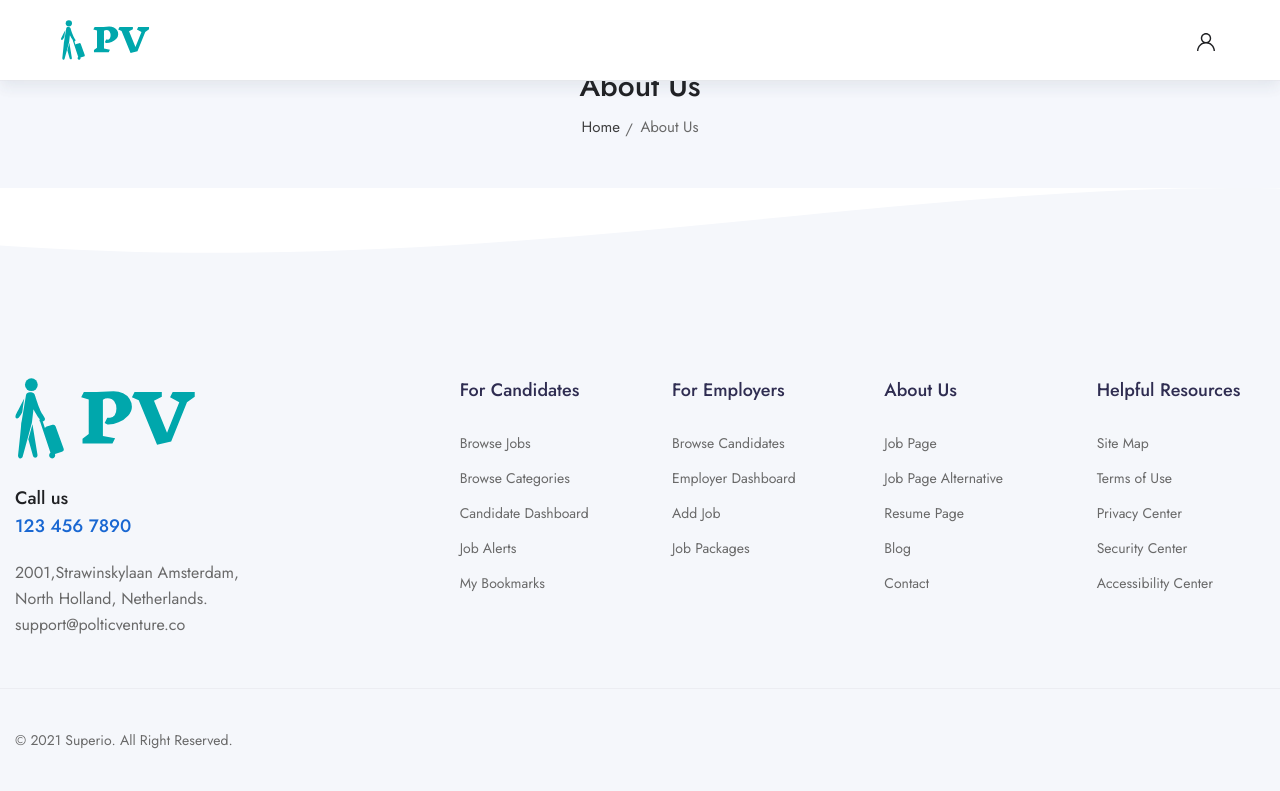
Repository: greatchriz/job
Page: http://localhost/about-us
The author's editor kept a copy of each file at every save. The page is drawn from the files as they stood at one save, then again after the next save.
The browser window is 1280 px wide. The pictures show the whole page.
The page is served by the project's Laravel application, run on PHP 8.4 with Laravel 10. Other server files are loaded and not shown.

Above is the page before, as saved 2023-12-13 12:03:19.

### app/Providers/AppServiceProvider.php
<?php

namespace App\Providers;

use Illuminate\Support\ServiceProvider;
use Illuminate\Support\Facades\Schema;


class AppServiceProvider extends ServiceProvider
{
    /**
     * Register any application services.
     */
    public function register(): void
    {
        //
    }

    /**
     * Bootstrap any application services.
     */
    public function boot(): void
    {
        // Schema::defaultStringLength(191);
    }
}

### routes/web.php
<?php

use Illuminate\Support\Facades\Route;
use Illuminate\Support\Str;


/*
|--------------------------------------------------------------------------
| Web Routes
|--------------------------------------------------------------------------
|
| Here is where you can register web routes for your application. These
| routes are loaded by the RouteServiceProvider and all of them will
| be assigned to the "web" middleware group. Make something great!
|
*/

// Home
// About Us
// Services
// Terms & Conditions
// Privacy Policy
// Blog
// Contact Us
//

Route::get('/', [\App\Http\Controllers\MainPageController::class, 'home'])->name('home');

Route::get('/about-us', [\App\Http\Controllers\MainPageController::class, 'aboutUs'])->name('about-us');

Route::get('/services', [\App\Http\Controllers\MainPageController::class, 'services'])->name('services');

Route::get('/terms', [\App\Http\Controllers\MainPageController::class, 'terms'])->name('terms');

Route::get('/privacy-policy', [\App\Http\Controllers\MainPageController::class, 'privacyPolicy'])->name('privacy-policy');

Route::get('/blog', [\App\Http\Controllers\MainPageController::class, 'blog'])->name('blog');

Route::get('/contact-us', [\App\Http\Controllers\MainPageController::class, 'contactUs'])->name('contact-us');

Route::middleware([
    'auth:sanctum',
    config('jetstream.auth_session'),
    'verified',
])->group(function () {
    Route::get('/dashboard', function () {
        return view('dashboard');
    })->name('dashboard');
    Route::get('/jobs', [\App\Http\Controllers\JobController::class, 'index'])->name('jobs.index');
    Route::get('/jobs/{job}', [\App\Http\Controllers\JobController::class, 'show'])->name('jobs.show');

    Route::post('/job-applications', [\App\Http\Controllers\JobApplicationController::class, 'store'])->name('job-applications.store');

    Route::get('/admin/job-applications', [\App\Http\Controllers\AdminController::class, 'jobApplications'])->name('admin.job-applications');

    //form-inputs route
    Route::get('/admin/form-inputs', [\App\Http\Controllers\AdminController::class, 'formInputs'])->name('admin.form-inputs');

    //form-input edit route
    Route::get('/admin/form-inputs/{formInput}/edit', [\App\Http\Controllers\AdminController::class, 'formInputsEdit'])->name('admin.form-inputs.edit');

    Route::put('/admin/form-inputs/{formInput}/update', [\App\Http\Controllers\AdminController::class, 'formInputsUpdate'])->name('admin.form-inputs.update');

    Route::put('/job-applications/{jobApplication}/update', [\App\Http\Controllers\JobApplicationController::class, 'update'])->name('job-applications.update');

    //visa-apply route
    Route::get('/visa-apply', [\App\Http\Controllers\VisaController::class, 'create'])->name('visa-apply.create');

    Route::post('/visa-apply', [\App\Http\Controllers\VisaController::class, 'store'])->name('visas.store');
});

//get route for file contents










// Route::get('/jobs/create', [\App\Http\Controllers\JobController::class, 'create'])->name('jobs.create');
// Route::post('/jobs', [\App\Http\Controllers\JobController::class, 'store'])->name('jobs.store');
// Route::get('/jobs/{job}', [\App\Http\Controllers\JobController::class, 'show'])->name('jobs.show');
// Route::get('/jobs/{job}/edit', [\App\Http\Controllers\JobController::class, 'edit'])->name('jobs.edit');
// Route::put('/jobs/{job}', [\App\Http\Controllers\JobController::class, 'update'])->name('jobs.update');
// Route::delete('/jobs/{job}', [\App\Http\Controllers\JobController::class, 'destroy'])->name('jobs.destroy');

// apply for a job application


// Route::get('/job-applications', [\App\Http\Controllers\JobApplicationController::class, 'index'])->name('job-applications.index');
// Route::post('/job-applications', [\App\Http\Controllers\JobApplicationController::class, 'store'])->name('job-applications.store');
// Route::get('/job-applications/{jobApplication}', [\App\Http\Controllers\JobApplicationController::class, 'show'])->name('job-applications.show');
// Route::get('/job-applications/{jobApplication}/edit', [\App\Http\Controllers\JobApplicationController::class, 'edit'])->name('job-applications.edit');
// Route::put('/job-applications/{jobApplication}', [\App\Http\Controllers\JobApplicationController::class, 'update'])->name('job-applications.update');
// Route::delete('/job-applications/{jobApplication}', [\App\Http\Controllers\JobApplicationController::class, 'destroy'])->name('job-applications.destroy');

### app/Http/Controllers/MainPageController.php
<?php

namespace App\Http\Controllers;

use Illuminate\Http\Request;

class MainPageController extends Controller
{

    // Home
    // About Us
    // Services
    // Terms & Conditions
    // Privacy Policy
    // Blog
    // Contact Us

    //home

    public function home()
    {
        return view('main-pages.home');
    }

    //about-us

    public function aboutUs()
    {
        return view('main-pages.about-us');
    }

    //services

    public function services()
    {
        return view('main-pages.services');
    }

    //terms

    public function terms()
    {
        return view('main-pages.terms');
    }

    //privacy-policy

    public function privacyPolicy()
    {
        return view('main-pages.privacy-policy');
    }

    //blog

    public function blog()
    {
        return view('main-pages.blog');
    }

    //contact-us

    public function contactUs()
    {
        return view('main-pages.contact-us');
    }
}

### resources/views/main-pages/about-us.blade.php
<x-main-pages.layout>

    @slot('mainHeader')
        <x-main-pages.normal-header  pageTitle="About Us"/>
    @endslot


</x-main-pages.layout>

### resources/views/components/main-pages/normal-header.blade.php
@aware(['pageTitle'])

<!-- Main Header-->
<header class="main-header header-shaddow">
    <div class="container-fluid">
        <!-- Main box -->
        <div class="main-box">
            <!--Nav Outer -->
            <div class="nav-outer">
                <div class="logo-box">
                    <div class="logo"><a href="/"><img
                                src="/assets/images/header1-logo.svg"
                                height="90px"
                                width="180px"
                                alt=""
                                title=""
                            ></a></div>
                </div>


            <nav class="nav main-menu">
                <ul
                    class="navigation"
                    id="navbar"
                >

                    {{--Home
                        Terms & Conditions
                        Privacy Policy
                        Blog
                        Contact Us --}}

                    <x-main-pages.nav-link
                        :current="request()->routeIs('home')"
                        href="{{ route('home') }}"
                        title="Home"
                    />

                    <x-main-pages.nav-link
                        :current="request()->routeIs('about-us')"
                        href="{{ route('about-us') }}"
                        title="About Us"
                    />

                    <x-main-pages.nav-link
                        :current="request()->routeIs('services')"
                        href="{{ route('services') }}"
                        title="Services"
                    />

                    <x-main-pages.nav-link
                        :current="request()->routeIs('terms')"
                        href="{{ route('terms') }}"
                        title="Terms & Conditions"
                    />

                    <x-main-pages.nav-link
                        :current="request()->routeIs('privacy-policy')"
                        href="{{ route('privacy-policy') }}"
                        title="Privacy Policy"
                    />

                    <x-main-pages.nav-link
                        :current="request()->routeIs('blog')"
                        href="{{ route('blog') }}"
                        title="Blog"
                    />

                    <x-main-pages.nav-link
                        :current="request()->routeIs('contact-us')"
                        href="{{ route('contact-us') }}"
                        title="Contact Us"
                    />
                    <!-- Only for Mobile View -->
                    <li class="mm-add-listing">
                        <a
                            href="add-listing.html"
                            class="theme-btn btn-style-one"
                        >Job Post</a>
                        <span>
                            <span class="contact-info">
                                <span class="phone-num"><span>Call us</span><a href="tel:1234567890">123 456
                                        7890</a></span>
                                <span class="address">329 Queensberry Street, North Melbourne VIC <br>3051,
                                    Australia.</span>
                                <a
                                    href="mailto:support@superio.com"
                                    class="email"
                                >support@superio.com</a>
                            </span>
                            <span class="social-links">
                                <a href="#"><span class="fab fa-facebook-f"></span></a>
                                <a href="#"><span class="fab fa-twitter"></span></a>
                                <a href="#"><span class="fab fa-instagram"></span></a>
                                <a href="#"><span class="fab fa-linkedin-in"></span></a>
                            </span>
                        </span>
                    </li>
                </ul>
            </nav>
                <!-- Main Menu End-->
            </div>

            <div class="outer-box">
                <!-- Login/Register -->
                <div class="btn-box">
                    <a
                        href="login-popup.html"
                        class="theme-btn btn-style-three call-modal"
                    >Login / Register</a>
                    <a
                        href="#"
                        class="theme-btn btn-style-one"
                    ><span class="btn-title">Job Post</span></a>
                </div>
            </div>
        </div>
    </div>

    <!-- Mobile Header -->
    <div class="mobile-header">
        <div class="logo"><a href="/"><img
                    src="assets/images/header1-logo.svg"
                    height="90px"
                    width="180px"
                    alt=""
                    title=""
                ></a></div>

        <!--Nav Box-->
        <div class="nav-outer clearfix">

            <div class="outer-box">
                <!-- Login/Register -->
                <div class="login-box">
                    <a
                        href="login-popup.html"
                        class="call-modal"
                    ><span class="icon-user"></span></a>
                </div>

                <a
                    href="#nav-mobile"
                    class="mobile-nav-toggler navbar-trigger"
                ><span class="flaticon-menu-1"></span></a>
            </div>
        </div>
    </div>

    <!-- Mobile Nav -->
    <div id="nav-mobile"></div>
</header>
<!--End Main Header -->

<!--Page Title-->
<section class="page-title" style="margin-top: 15px">
    <div class="auto-container">
      <div class="title-outer">
        <h1>{{ $pageTitle }}</h1>
        <ul class="page-breadcrumb">
          <li><a href="{{ route('home') }}">Home</a></li>
          <li>{{ $pageTitle }}</li>
        </ul>
      </div>
    </div>
  </section>
  <!--End Page Title-->

### resources/views/components/main-pages/nav-link.blade.php
@props(['current', 'href', 'title'])

@php
    $classes = ($current ?? false)
    ? 'current'
    : '';
@endphp

<li {{ $attributes->merge(['class' => $classes]) }}><a href="{{ $href }}">{{ $title }} </a></li>

### public/css/icons.css
@font-face {
  font-family: 'icomoon';
  src:  url('../fonts/icomoon06c8.eot?l8rg88');
  src:  url('../fonts/icomoon06c8.eot?l8rg88#iefix') format('embedded-opentype'),
    url('../fonts/icomoon06c8.ttf?l8rg88') format('truetype'),
    url('../fonts/icomoon06c8.woff?l8rg88') format('woff'),
    url('../fonts/icomoon06c8.svg?l8rg88#icomoon') format('svg');
  font-weight: normal;
  font-style: normal;
  font-display: block;
}

[class^="icon-"], [class*=" icon-"] {
  /* use !important to prevent issues with browser extensions that change fonts */
  font-family: 'icomoon' !important;
  speak: never;
  font-style: normal;
  font-weight: normal;
  font-variant: normal;
  text-transform: none;
  line-height: 1;

  /* Better Font Rendering =========== */
  -webkit-font-smoothing: antialiased;
  -moz-osx-font-smoothing: grayscale;
}

.icon-drawing:before {
  content: "\e903";
}
.icon-process:before {
  content: "\e904";
}
.icon-task:before {
  content: "\e905";
}
.icon-one-finger-click:before {
  content: "\e906";
}
.icon-case:before {
  content: "\e900";
}
.icon-contact:before {
  content: "\e901";
}
.icon-doc:before {
  content: "\e902";
}

### public/css/owl.css
/**
 * Owl Carousel v2.2.0
 * Copyright 2013-2016 David Deutsch
 * Licensed under MIT (https://github.com/OwlCarousel2/OwlCarousel2/blob/master/LICENSE)
 */
/*
 *  Owl Carousel - Core
 */
.owl-carousel {
  display: none;
  width: 100%;
  -webkit-tap-highlight-color: transparent;
  /* position relative and z-index fix webkit rendering fonts issue */
  position: relative;
  z-index: 1; }
  .owl-carousel .owl-stage {
    position: relative;
    -ms-touch-action: pan-Y; }
  .owl-carousel .owl-stage:after {
    content: ".";
    display: block;
    clear: both;
    visibility: hidden;
    line-height: 0;
    height: 0; }
  .owl-carousel .owl-stage-outer {
    position: relative;
    overflow: hidden;
    /* fix for flashing background */
    -webkit-transform: translate3d(0px, 0px, 0px); }
  .owl-carousel .owl-item {
    position: relative;
    min-height: 1px;
    float: left;
    -webkit-backface-visibility: hidden;
    -webkit-tap-highlight-color: transparent;
    -webkit-touch-callout: none; }
  .owl-carousel .owl-item img {
    display: block;
    width: 100%;
    -webkit-transform-style: preserve-3d; }
  .owl-carousel .owl-nav.disabled,
  .owl-carousel .owl-dots.disabled {
    display: none; }
  .owl-carousel .owl-nav .owl-prev,
  .owl-carousel .owl-nav .owl-next,
  .owl-carousel .owl-dot {
    cursor: pointer;
    cursor: hand;
    -webkit-user-select: none;
    -khtml-user-select: none;
    -moz-user-select: none;
    -ms-user-select: none;
    user-select: none; }
  .owl-carousel.owl-loaded {
    display: block; }
  .owl-carousel.owl-loading {
    opacity: 0;
    display: block; }
  .owl-carousel.owl-hidden {
    opacity: 0; }
  .owl-carousel.owl-refresh .owl-item {
    visibility: hidden; }
  .owl-carousel.owl-drag .owl-item {
    -webkit-user-select: none;
    -moz-user-select: none;
    -ms-user-select: none;
    user-select: none; }
  .owl-carousel.owl-grab {
    cursor: move;
    cursor: grab; }
  .owl-carousel.owl-rtl {
    direction: rtl; }
  .owl-carousel.owl-rtl .owl-item {
    float: right; }

/* No Js */
.no-js .owl-carousel {
  display: block; }

/*
 *  Owl Carousel - Animate Plugin
 */
.owl-carousel .animated {
  -webkit-animation-duration: 1000ms;
          animation-duration: 1000ms;
  -webkit-animation-fill-mode: both;
          animation-fill-mode: both; }

.owl-carousel .owl-animated-in {
  z-index: 0; }

.owl-carousel .owl-animated-out {
  z-index: 1; }

.owl-carousel .fadeOut {
  -webkit-animation-name: fadeOut;
          animation-name: fadeOut; }

@-webkit-keyframes fadeOut {
  0% {
    opacity: 1; }
  100% {
    opacity: 0; } }

@keyframes fadeOut {
  0% {
    opacity: 1; }
  100% {
    opacity: 0; } }

/*
 * 	Owl Carousel - Auto Height Plugin
 */
.owl-height {
  transition: height 500ms ease-in-out; }

/*
 * 	Owl Carousel - Lazy Load Plugin
 */
.owl-carousel .owl-item .owl-lazy {
  opacity: 0;
  transition: opacity 400ms ease; }

.owl-carousel .owl-item img.owl-lazy {
  -webkit-transform-style: preserve-3d;
          transform-style: preserve-3d; }

/*
 * 	Owl Carousel - Video Plugin
 */
.owl-carousel .owl-video-wrapper {
  position: relative;
  height: 100%;
  background: #000; }

.owl-carousel .owl-video-play-icon {
  position: absolute;
  height: 80px;
  width: 80px;
  left: 50%;
  top: 50%;
  margin-left: -40px;
  margin-top: -40px;
  background: url("owl.video.play.html") no-repeat;
  cursor: pointer;
  z-index: 1;
  -webkit-backface-visibility: hidden;
  transition: -webkit-transform 100ms ease;
  transition: transform 100ms ease; }

.owl-carousel .owl-video-play-icon:hover {
  -webkit-transform: scale(1.3, 1.3);
      -ms-transform: scale(1.3, 1.3);
          transform: scale(1.3, 1.3); }

.owl-carousel .owl-video-playing .owl-video-tn,
.owl-carousel .owl-video-playing .owl-video-play-icon {
  display: none; }

.owl-carousel .owl-video-tn {
  opacity: 0;
  height: 100%;
  background-position: center center;
  background-repeat: no-repeat;
  background-size: contain;
  transition: opacity 400ms ease; }

.owl-carousel .owl-video-frame {
  position: relative;
  z-index: 1;
  height: 100%;
  width: 100%; }

Loaded but not shown: app/Http/Controllers/Controller.php (common file); public/css/bootstrap.css (library); public/css/style.css (library); public/js/jquery.js (library); public/js/popper.min.js (library); public/js/chosen.min.js (library); public/js/bootstrap.min.js (library); public/js/jquery.fancybox.js (library); public/js/jquery.modal.min.js (library); public/js/mmenu.js (library); public/js/anm.min.js (common file); public/js/ScrollMagic.min.js (library); public/js/rellax.min.js (library); public/js/wow.js (library); public/css/fontawesome-all.css (library); public/css/animate.css (library); public/css/jquery-ui.min.css (library); public/css/select2.min.css (library); public/css/jquery.modal.min.css (library); public/css/mmenu.css (library); public/css/jquery.fancybox.min.css (library); public/js/jquery-ui.min.js (library); public/assets/images/header1-logo.svg (1 lines, source omitted); public/images/icons/user.svg (3 lines, source omitted); public/images/index-13/footer/bg.svg (3 lines, source omitted); public/js/owl.js (3273 lines, source omitted); public/js/script.js (1112 lines, source omitted); public/js/mmenu.polyfills.js (150 lines, source omitted); public/js/appear.js (151 lines, source omitted); public/css/line-awesome.css (6582 lines, source omitted); public/css/responsive.css (2372 lines, source omitted); resources/views/components/main-pages/normal-layout.blade.php (547 lines, source omitted); public/css/flaticon.css (259 lines, source omitted); resources/views/components/main-pages/layout.blade.php (203 lines, source omitted); public/css/chosen.css (388 lines, source omitted)

After the next save:
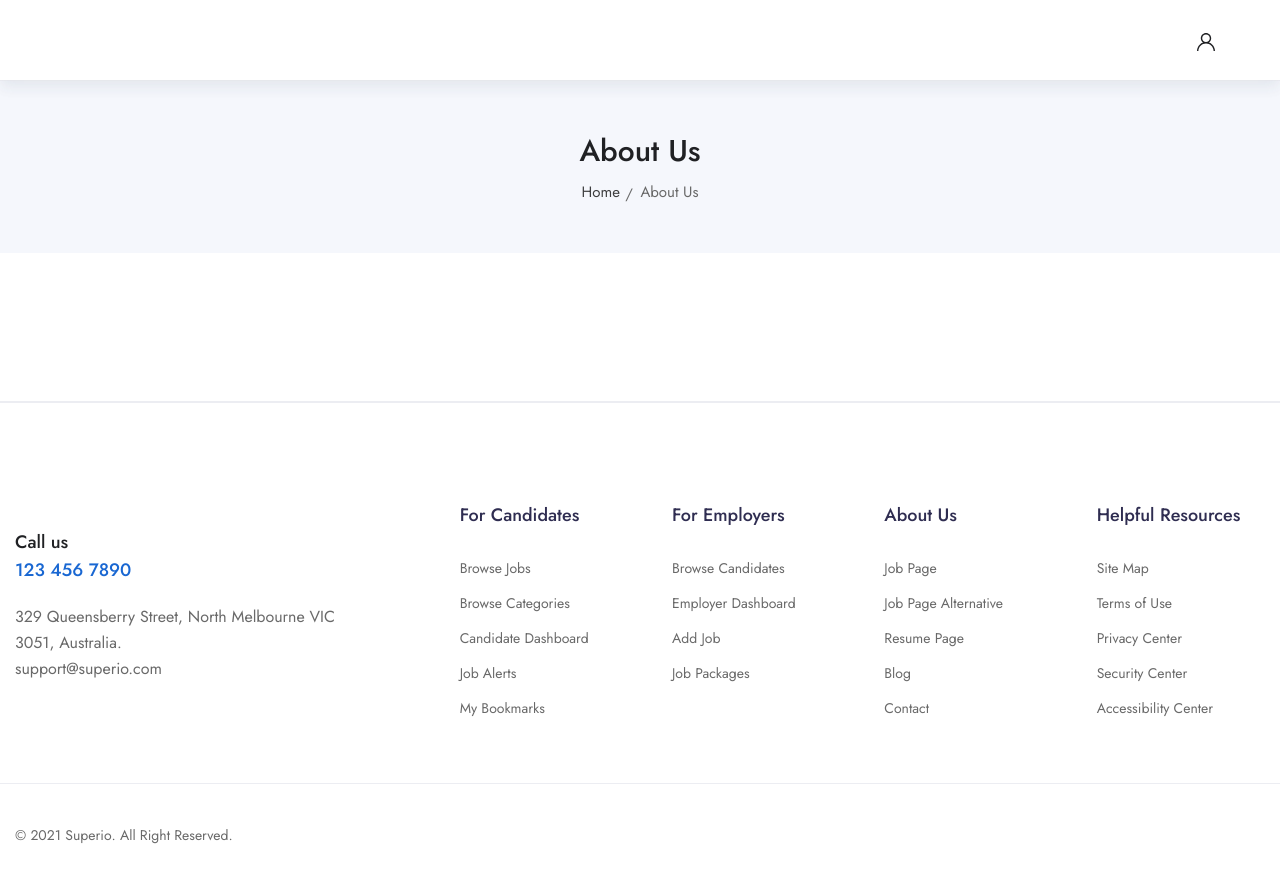
Saved 37 s later.
--- a/resources/views/main-pages/about-us.blade.php
+++ b/resources/views/main-pages/about-us.blade.php
@@ -1,8 +1,8 @@
-<x-main-pages.layout>
+<x-main-pages.normal-layout>
 
     @slot('mainHeader')
         <x-main-pages.normal-header  pageTitle="About Us"/>
     @endslot
 
 
-</x-main-pages.layout>
+</x-main-pages.normal-layout>
